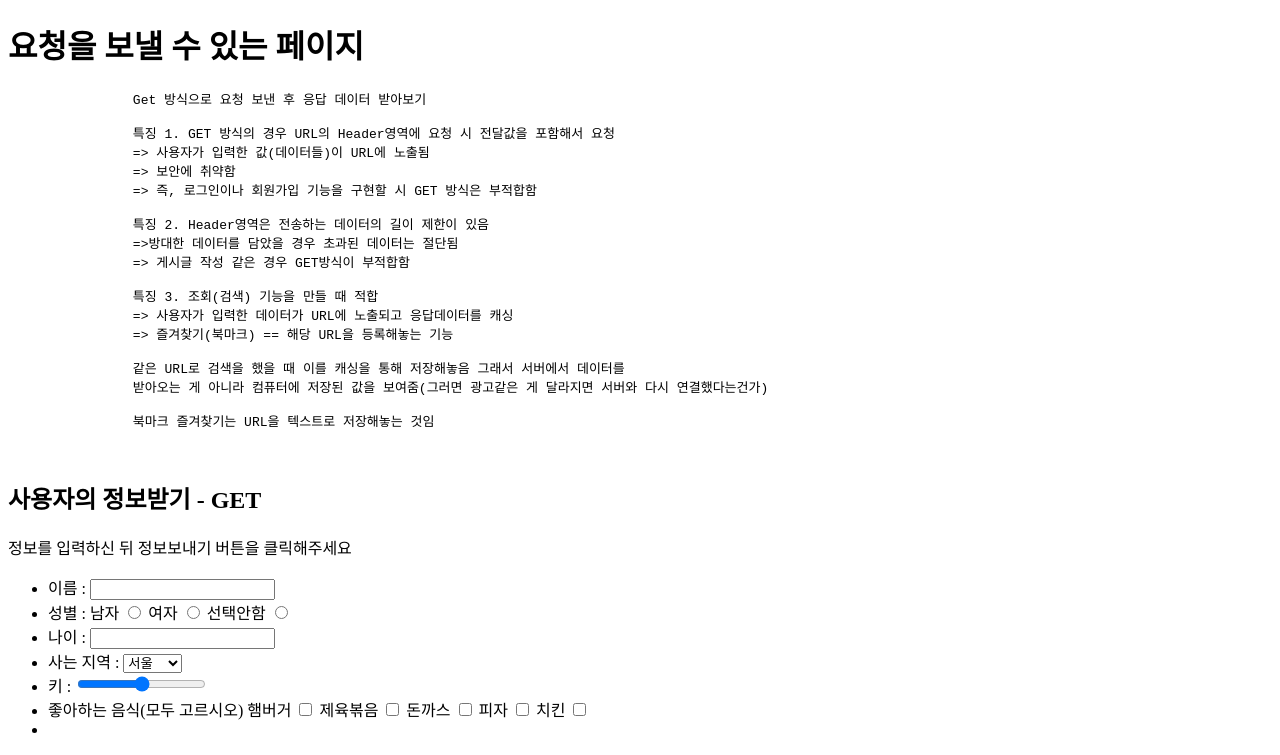
Repository: 1018lmh-hub/java_dynamic
Page: MyFirstWebProject/src/main/webapp/views/request_get.html
An editor plug-in stored every save of this project. The page is shown before and after the next save, followed by the edit.
The browser window is 1280 px wide. The pictures show the whole page.

Above is the page before, as saved 2026-05-04 05:20:11.

After the next save:
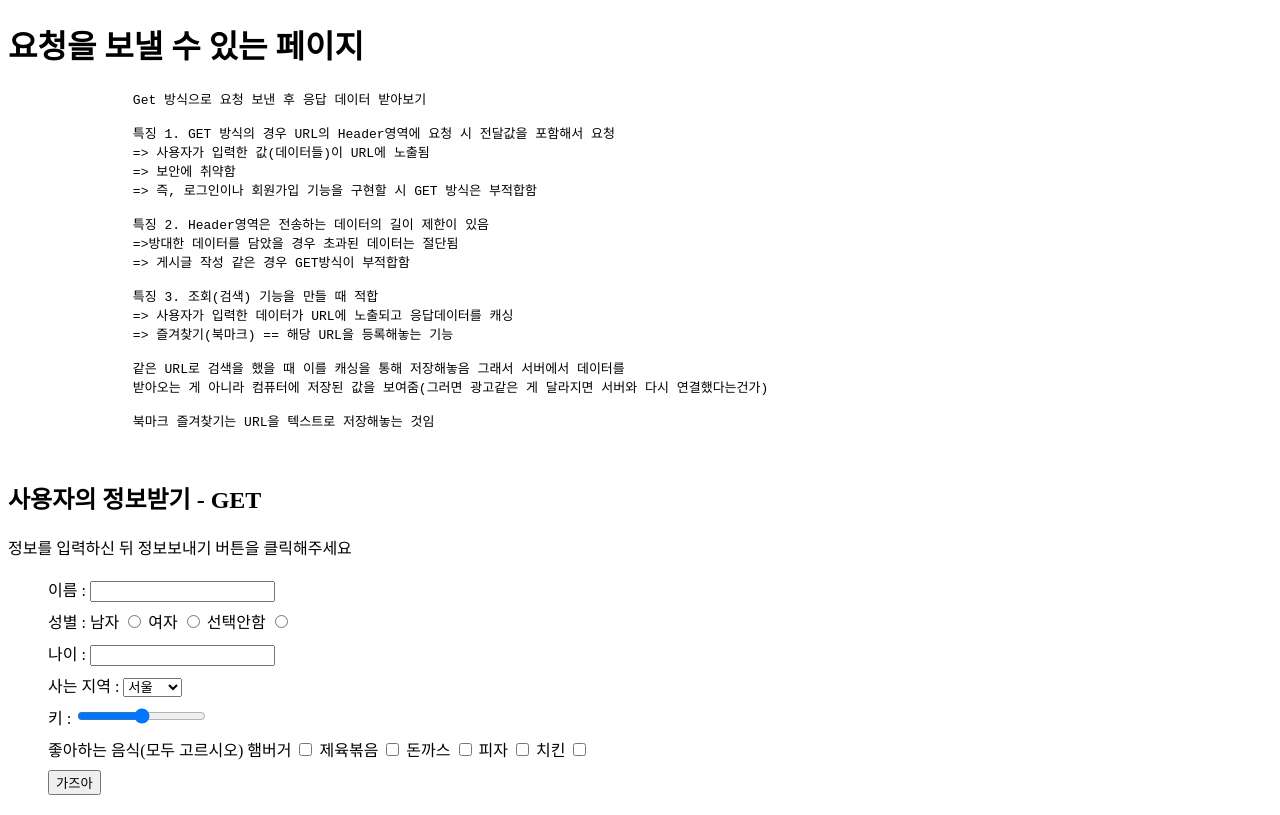
Saved 3 min 12 s later.
--- a/MyFirstWebProject/src/main/webapp/views/request_get.html
+++ b/MyFirstWebProject/src/main/webapp/views/request_get.html
@@ -5,7 +5,8 @@
 <title>요청을 보내야겠다</title>
 <style>
 	ul{
-
+		list-style: none;
+		line-height: 200%;
 
 	}
 </style>
@@ -74,6 +75,7 @@
 				치킨 <input type="checkbox" name="food" value="치킨"/>
 			</li>
 			<li>
+				<button type="submit">가즈아</button>
 			</li>
 
 		</ul>
